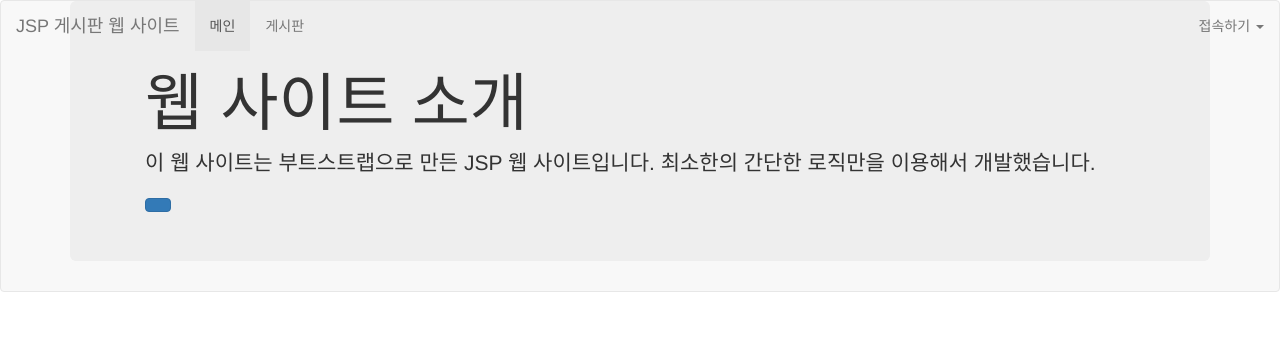
Repository: TheChok/BbsClone
Page: http://localhost/BBS/main.jsp
An editor plug-in stored every save of this project. The page is shown before and after the next save, followed by the edit.
The browser window is 1280 px wide. The pictures show the whole page.
Some web libraries are served in a nearby version. The page is served by Tomcat 9.

Above is the page before, as saved 2023-09-21 18:35:48.

After the next save:
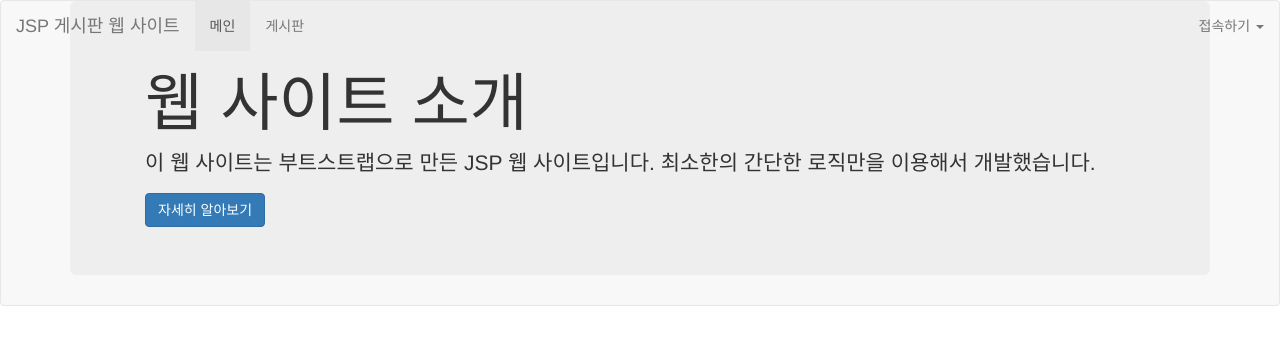
Saved 7 s later.
--- a/BBS/src/main/webapp/main.jsp
+++ b/BBS/src/main/webapp/main.jsp
@@ -76,7 +76,7 @@
 					<div class="container">
 						<h1>웹 사이트 소개</h1>
 						<p>이 웹 사이트는 부트스트랩으로 만든 JSP 웹 사이트입니다. 최소한의 간단한 로직만을 이용해서 개발했습니다.</p>
-						<a class="btn btn-primary btn-pull" href="#" role="button"></a>
+						<a class="btn btn-primary btn-pull" href="#" role="button">자세히 알아보기</a>
 					</div>
 				</div>
 			</div>
